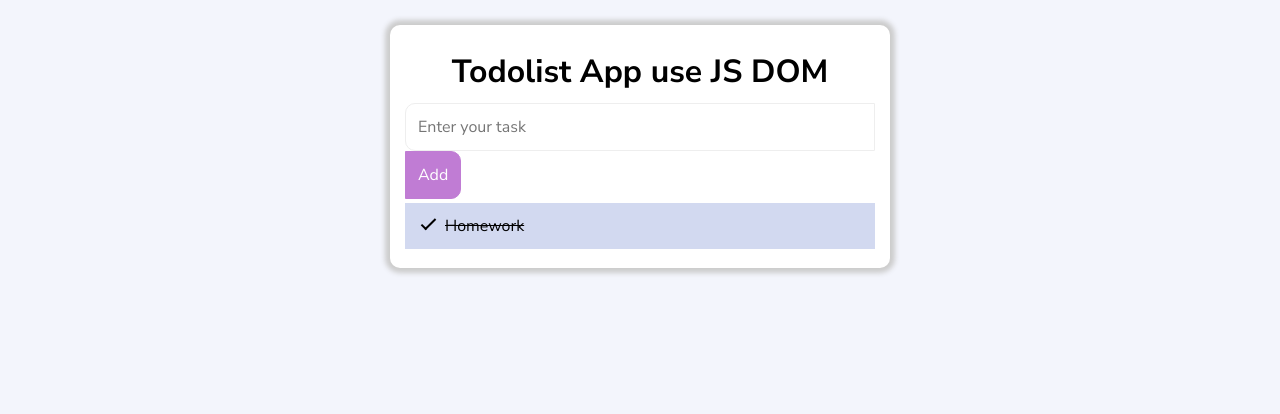
Repository: anhquan74-dev/todolist_app
Page: index.html
These files come from the project's save history. The page is drawn as it stood at one moment and after a run of saves; the edit follows.
The browser window is 1280 px wide. The pictures show the whole page.
Some web libraries are served in a nearby version.

Above is the page before, as saved 2022-07-21 16:21:08.

After the next 2 saves:
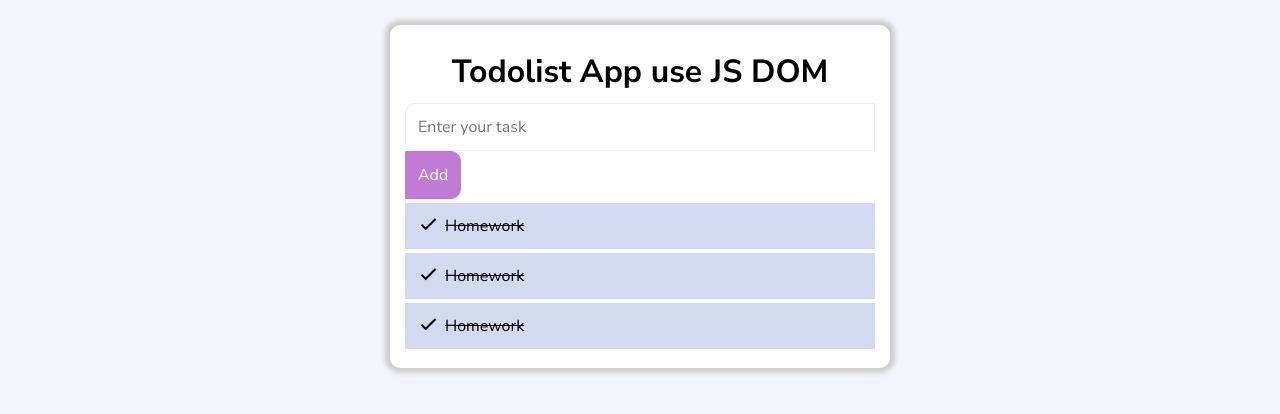
The 2 saves are shown as one change because they came seconds apart.
The last was saved 6 s later.
--- a/index.html
+++ b/index.html
@@ -27,7 +27,16 @@
           <span class="close-btn"><i class="fa-solid fa-pen-to-square"></i></i></span>
           <span class="close-btn"><i class="fa-solid fa-trash-can"></i></span>
         </li>
-
+        <li class="item checked">
+          Homework
+          <span class="close-btn"><i class="fa-solid fa-pen-to-square"></i></i></span>
+          <span class="close-btn"><i class="fa-solid fa-trash-can"></i></span>
+        </li>
+        <li class="item checked">
+          Homework
+          <span class="close-btn"><i class="fa-solid fa-pen-to-square"></i></i></span>
+          <span class="close-btn"><i class="fa-solid fa-trash-can"></i></span>
+        </li>
       </ul>
     </div>
     <script src="main.js"></script>
